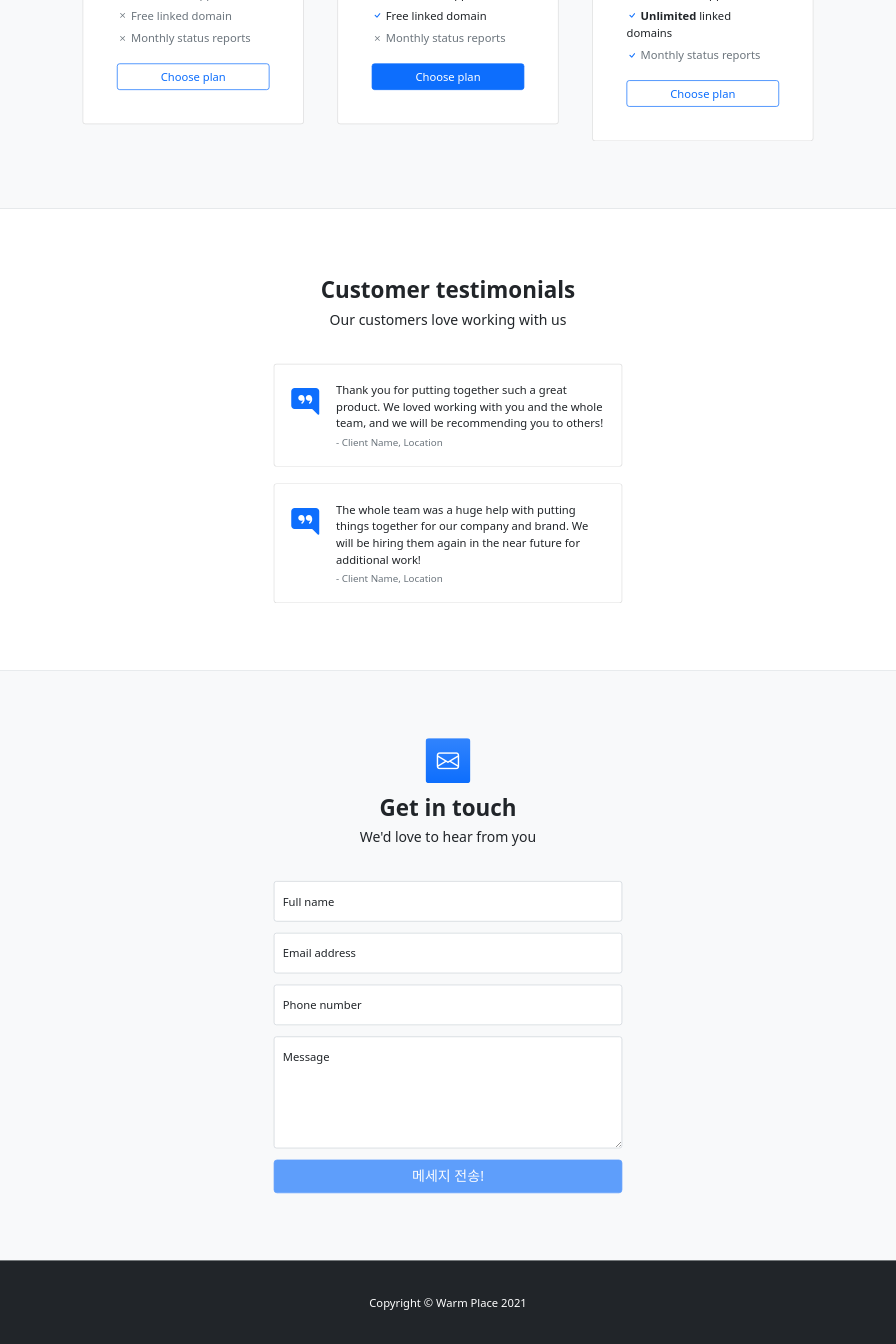
Repository: jaunnnngs/HackaTone
Page: http://localhost/StunProjects/St_Join/main.jsp
An editor plug-in stored every save of this project. The page is shown before and after the next save, followed by the edit.
The browser window is 1280 px wide. The pictures show the part of the page from y = 1532 to 3452 px (the page is 3452 px tall), at 70% of full size.
Some web libraries are served in a nearby version. The page is served by Tomcat 9. Other server files are loaded and not shown.

Above is the page before, as saved 2021-07-26 08:30:34.

### STUN_TEAM/StunProjects/src/main/webapp/St_Join/main.jsp

<%@ page language="java" contentType="text/html; charset=UTF-8"
pageEncoding="UTF-8"%>
<!DOCTYPE html>
<html>
    <head>
        <meta charset="utf-8" />
        <meta name="viewport" content="width=device-width, initial-scale=1, shrink-to-fit=no" />
        <meta name="description" content="" />
        <meta name="author" content="" />
        <title>Warm Place_main</title>
        <!-- Favicon-->
        <link rel="icon" type="image/x-icon" href="assets/favicon.ico" />
        <!-- Bootstrap icons-->
        <link href="https://cdn.jsdelivr.net/npm/bootstrap-icons@1.4.1/font/bootstrap-icons.css" rel="stylesheet" />
        <!-- Core theme CSS (includes Bootstrap)-->
        <link href="css/styles.css" rel="stylesheet" />
    </head>
    <body>
   <%
	// 현재 세션 상태를 체크한다
	String userID = null;
	if (session.getAttribute("userID") != null) {
		userID = (String) session.getAttribute("userID");
	}
	%>

        <!-- Responsive navbar-->
        <nav class="navbar navbar-expand-lg navbar-dark bg-dark">
            <div class="container px-5">
                <a class="navbar-brand" href="../St_Join/main.jsp">Warm Place</a>
                <button class="navbar-toggler" type="button" data-bs-toggle="collapse" data-bs-target="#navbarSupportedContent" aria-controls="navbarSupportedContent" aria-expanded="false" aria-label="Toggle navigation"><span class="navbar-toggler-icon"></span></button>
                 <div class="collapse navbar-collapse" id="navbarSupportedContent">
                 <%
					// 로그인 하지 않았을 때 보여지는 화면
					if(userID == null){
				%>
                    <ul class="navbar-nav ms-auto mb-2 mb-lg-0">
                        <li class="nav-item"><a class="nav-link active" aria-current="page" href="../St_board/login.jsp">로그인</a></li>
                        <li class="nav-item"><a class="nav-link" href="../St_Join/st_userJoin.jsp">회원가입</a></li>
                        <li class="nav-item"><a class="nav-link" href="../St_Reservation/map.jsp">예약하기</a></li>
                        <li class="nav-item"><a class="nav-link" href="../St_board/bbs.jsp">맛집후기</a></li>
                        <li class="nav-item"><a class="nav-link" href="#!">Contact</a></li>
                    </ul>
				<%
				// 로그인이 되어 있는 상태에서 보여주는 화면
					}else{
				%>
                    <ul class="navbar-nav ms-auto mb-2 mb-lg-0">
                        <li class="nav-item"><a class="nav-link active" aria-current="page" href="../St_board/logoutAction.jsp">로그아웃</a></li>
                        <li class="nav-item"><a class="nav-link" href="../St_Join/st_userJoin.jsp">회원가입</a></li>
                        <li class="nav-item"><a class="nav-link" href="../St_Reservation/map.jsp">예약하기</a></li>
                        <li class="nav-item"><a class="nav-link" href="../St_board/bbs.jsp">맛집후기</a></li>
                        <li class="nav-item"><a class="nav-link" href="#!">Contact</a></li>
                    </ul>
                    <%
				}
			%>
                </div>
            </div>
        </nav>

	    <!-- Header-->
        <header class="bg-dark py-5">
            <div class="container px-5">
                <div class="row gx-5 justify-content-center">
                    <div class="col-lg-6">
                        <div class="text-center my-5">
                            <h1 class="display-5 fw-bolder text-white mb-2">가고싶은 장소를 미리 보고싶었던 적 있지않나요??</h1>
                            <p class="lead text-white-50 mb-4">코로나 시대에도 안전하게 놀러갑시다!!</p>
                            <div class="d-grid gap-3 d-sm-flex justify-content-sm-center">
                                <a class="btn btn-outline-light btn-lg px-4" href="#features">실시간 확인</a>
                                <a class="btn btn-outline-light btn-lg px-4" href="../St_Reservation/map.jsp">예약하기</a>
                            </div>
                        </div>
                    </div>
                </div>
            </div>
        </header>
        <!-- Features section-->
        <section class="py-5 border-bottom" id="features">
            <div class="container px-5 my-5">
                <div class="row gx-5">
                    <div class="col-lg-4 mb-5 mb-lg-0">
                        <div class="feature bg-primary bg-gradient text-white rounded-3 mb-3"><i class="bi bi-collection"></i></div>
                        <h2 class="h4 fw-bolder">실시간 장소확인</h2>
                        <p>장소를 입력해주세요.</p>
                        <a class="text-decoration-none" href="#!">
                            Call to action
                            <i class="bi bi-arrow-right"></i>
                        </a>
                    </div>
                    <div class="col-lg-4 mb-5 mb-lg-0">
                        <div class="feature bg-primary bg-gradient text-white rounded-3 mb-3"><i class="bi bi-building"></i></div>
                        <h2 class="h4 fw-bolder">Featured title</h2>
                        <p>Paragraph of text beneath the heading to explain the heading. We'll add onto it with another sentence and probably just keep going until we run out of words.</p>
                        <a class="text-decoration-none" href="#!">
                            Call to action
                            <i class="bi bi-arrow-right"></i>
                        </a>
                    </div>
                    <div class="col-lg-4">
                        <div class="feature bg-primary bg-gradient text-white rounded-3 mb-3"><i class="bi bi-toggles2"></i></div>
                        <h2 class="h4 fw-bolder">Featured title</h2>
                        <p>Paragraph of text beneath the heading to explain the heading. We'll add onto it with another sentence and probably just keep going until we run out of words.</p>
                        <a class="text-decoration-none" href="#!">
                            Call to action
                            <i class="bi bi-arrow-right"></i>
                        </a>
                    </div>
                </div>
            </div>
        </section>
        <!-- Pricing section-->
        <section class="bg-light py-5 border-bottom">
            <div class="container px-5 my-5">
                <div class="text-center mb-5">
                    <h2 class="fw-bolder">Pay as you grow</h2>
                    <p class="lead mb-0">With our no hassle pricing plans</p>
                </div>
                <div class="row gx-5 justify-content-center">
                    <!-- Pricing card free-->
                    <div class="col-lg-6 col-xl-4">
                        <div class="card mb-5 mb-xl-0">
                            <div class="card-body p-5">
                                <div class="small text-uppercase fw-bold text-muted">Free</div>
                                <div class="mb-3">
                                    <span class="display-4 fw-bold">$0</span>
                                    <span class="text-muted">/ mo.</span>
                                </div>
                                <ul class="list-unstyled mb-4">
                                    <li class="mb-2">
                                        <i class="bi bi-check text-primary"></i>
                                        <strong>1 users</strong>
                                    </li>
                                    <li class="mb-2">
                                        <i class="bi bi-check text-primary"></i>
                                        5GB storage
                                    </li>
                                    <li class="mb-2">
                                        <i class="bi bi-check text-primary"></i>
                                        Unlimited public projects
                                    </li>
                                    <li class="mb-2">
                                        <i class="bi bi-check text-primary"></i>
                                        Community access
                                    </li>
                                    <li class="mb-2 text-muted">
                                        <i class="bi bi-x"></i>
                                        Unlimited private projects
                                    </li>
                                    <li class="mb-2 text-muted">
                                        <i class="bi bi-x"></i>
                                        Dedicated support
                                    </li>
                                    <li class="mb-2 text-muted">
                                        <i class="bi bi-x"></i>
                                        Free linked domain
                                    </li>
                                    <li class="text-muted">
                                        <i class="bi bi-x"></i>
                                        Monthly status reports
                                    </li>
                                </ul>
                                <div class="d-grid"><a class="btn btn-outline-primary" href="#!">Choose plan</a></div>
                            </div>
                        </div>
                    </div>
                    <!-- Pricing card pro-->
                    <div class="col-lg-6 col-xl-4">
                        <div class="card mb-5 mb-xl-0">
                            <div class="card-body p-5">
                                <div class="small text-uppercase fw-bold">
                                    <i class="bi bi-star-fill text-warning"></i>
                                    Pro
                                </div>
                                <div class="mb-3">
                                    <span class="display-4 fw-bold">$9</span>
                                    <span class="text-muted">/ mo.</span>
                                </div>
                                <ul class="list-unstyled mb-4">
                                    <li class="mb-2">
                                        <i class="bi bi-check text-primary"></i>
                                        <strong>5 users</strong>
                                    </li>
                                    <li class="mb-2">
                                        <i class="bi bi-check text-primary"></i>
                                        5GB storage
                                    </li>
                                    <li class="mb-2">
                                        <i class="bi bi-check text-primary"></i>
                                        Unlimited public projects
                                    </li>
                                    <li class="mb-2">
                                        <i class="bi bi-check text-primary"></i>
                                        Community access
                                    </li>
                                    <li class="mb-2">
                                        <i class="bi bi-check text-primary"></i>
                                        Unlimited private projects
                                    </li>
                                    <li class="mb-2">
                                        <i class="bi bi-check text-primary"></i>
                                        Dedicated support
                                    </li>
                                    <li class="mb-2">
                                        <i class="bi bi-check text-primary"></i>
                                        Free linked domain
                                    </li>
                                    <li class="text-muted">
                                        <i class="bi bi-x"></i>
                                        Monthly status reports
                                    </li>
                                </ul>
                                <div class="d-grid"><a class="btn btn-primary" href="#!">Choose plan</a></div>
                            </div>
                        </div>
                    </div>
                    <!-- Pricing card enterprise-->
                    <div class="col-lg-6 col-xl-4">
                        <div class="card">
                            <div class="card-body p-5">
                                <div class="small text-uppercase fw-bold text-muted">Enterprise</div>
                                <div class="mb-3">
                                    <span class="display-4 fw-bold">$49</span>
                                    <span class="text-muted">/ mo.</span>
                                </div>
                                <ul class="list-unstyled mb-4">
                                    <li class="mb-2">
                                        <i class="bi bi-check text-primary"></i>
                                        <strong>Unlimited users</strong>
                                    </li>
                                    <li class="mb-2">
                                        <i class="bi bi-check text-primary"></i>
                                        5GB storage
                                    </li>
                                    <li class="mb-2">
                                        <i class="bi bi-check text-primary"></i>
                                        Unlimited public projects
                                    </li>
                                    <li class="mb-2">
                                        <i class="bi bi-check text-primary"></i>
                                        Community access
                                    </li>
                                    <li class="mb-2">
                                        <i class="bi bi-check text-primary"></i>
                                        Unlimited private projects
                                    </li>
                                    <li class="mb-2">
                                        <i class="bi bi-check text-primary"></i>
                                        Dedicated support
                                    </li>
                                    <li class="mb-2">
                                        <i class="bi bi-check text-primary"></i>
                                        <strong>Unlimited</strong>
                                        linked domains
                                    </li>
                                    <li class="text-muted">
                                        <i class="bi bi-check text-primary"></i>
                                        Monthly status reports
                                    </li>
                                </ul>
                                <div class="d-grid"><a class="btn btn-outline-primary" href="#!">Choose plan</a></div>
                            </div>
                        </div>
                    </div>
                </div>
            </div>
        </section>
        <!-- Testimonials section-->
        <section class="py-5 border-bottom">
            <div class="container px-5 my-5 px-5">
                <div class="text-center mb-5">
                    <h2 class="fw-bolder">Customer testimonials</h2>
                    <p class="lead mb-0">Our customers love working with us</p>
                </div>
                <div class="row gx-5 justify-content-center">
                    <div class="col-lg-6">
                        <!-- Testimonial 1-->
                        <div class="card mb-4">
                            <div class="card-body p-4">
                                <div class="d-flex">
                                    <div class="flex-shrink-0"><i class="bi bi-chat-right-quote-fill text-primary fs-1"></i></div>
                                    <div class="ms-4">
                                        <p class="mb-1">Thank you for putting together such a great product. We loved working with you and the whole team, and we will be recommending you to others!</p>
                                        <div class="small text-muted">- Client Name, Location</div>
                                    </div>
                                </div>
                            </div>
                        </div>
                        <!-- Testimonial 2-->
                        <div class="card">
                            <div class="card-body p-4">
                                <div class="d-flex">
                                    <div class="flex-shrink-0"><i class="bi bi-chat-right-quote-fill text-primary fs-1"></i></div>
                                    <div class="ms-4">
                                        <p class="mb-1">The whole team was a huge help with putting things together for our company and brand. We will be hiring them again in the near future for additional work!</p>
                                        <div class="small text-muted">- Client Name, Location</div>
                                    </div>
                                </div>
                            </div>
                        </div>
                    </div>
                </div>
            </div>
        </section>
        <!-- Contact section-->
        <section class="bg-light py-5">
            <div class="container px-5 my-5 px-5">
                <div class="text-center mb-5">
                    <div class="feature bg-primary bg-gradient text-white rounded-3 mb-3"><i class="bi bi-envelope"></i></div>
                    <h2 class="fw-bolder">Get in touch</h2>
                    <p class="lead mb-0">We'd love to hear from you</p>
                </div>
                <div class="row gx-5 justify-content-center">
                    <div class="col-lg-6">
                        <!-- * * * * * * * * * * * * * * *-->
                        <!-- * * SB Forms Contact Form * *-->
                        <!-- * * * * * * * * * * * * * * *-->
                        <!-- This form is pre-integrated with SB Forms.-->
                        <!-- To make this form functional, sign up at-->
                        <!-- https://startbootstrap.com/solution/contact-forms-->
                        <!-- to get an API token!-->
                        <form id="contactForm" data-sb-form-api-token="API_TOKEN">
                            <!-- Name input-->
                            <div class="form-floating mb-3">
                                <input class="form-control" id="name" type="text" placeholder="Enter your name..." data-sb-validations="required" />
                                <label for="name">Full name</label>
                                <div class="invalid-feedback" data-sb-feedback="name:required">A name is required.</div>
                            </div>
                            <!-- Email address input-->
                            <div class="form-floating mb-3">
                                <input class="form-control" id="email" type="email" placeholder="name@example.com" data-sb-validations="required,email" />
                                <label for="email">Email address</label>
                                <div class="invalid-feedback" data-sb-feedback="email:required">An email is required.</div>
                                <div class="invalid-feedback" data-sb-feedback="email:email">Email is not valid.</div>
                            </div>
                            <!-- Phone number input-->
                            <div class="form-floating mb-3">
                                <input class="form-control" id="phone" type="tel" placeholder="(123) 456-7890" data-sb-validations="required" />
                                <label for="phone">Phone number</label>
                                <div class="invalid-feedback" data-sb-feedback="phone:required">A phone number is required.</div>
                            </div>
                            <!-- Message input-->
                            <div class="form-floating mb-3">
                                <textarea class="form-control" id="message" type="text" placeholder="Enter your message here..." style="height: 10rem" data-sb-validations="required"></textarea>
                                <label for="message">Message</label>
                                <div class="invalid-feedback" data-sb-feedback="message:required">A message is required.</div>
                            </div>
                            <!-- Submit success message-->
                            <!---->
                            <!-- This is what your users will see when the form-->
                            <!-- has successfully submitted-->
                            <div class="d-none" id="submitSuccessMessage">
                                <div class="text-center mb-3">
                                    <div class="fw-bolder">Form submission successful!</div>
                                    To activate this form, sign up at
                                    <br />
                                    <a href="https://startbootstrap.com/solution/contact-forms">https://startbootstrap.com/solution/contact-forms</a>
                                </div>
                            </div>
                            <!-- Submit error message-->
                            <!---->
                            <!-- This is what your users will see when there is-->
                            <!-- an error submitting the form-->
                            <div class="d-none" id="submitErrorMessage"><div class="text-center text-danger mb-3">Error sending message!</div></div>
                            <!-- Submit Button-->
                            <div class="d-grid"><button class="btn btn-primary btn-lg disabled" id="submitButton" type="submit">메세지 전송!</button></div>
                        </form>
                    </div>
                </div>
            </div>
        </section>
        <!-- Footer-->
        <footer class="py-5 bg-dark">
            <div class="container px-5"><p class="m-0 text-center text-white">Copyright &copy; Warm Place 2021</p></div>
        </footer>
        <!-- Bootstrap core JS-->
        <script src="https://cdn.jsdelivr.net/npm/bootstrap@5.0.2/dist/js/bootstrap.bundle.min.js"></script>
        <!-- Core theme JS-->
        <script src="js/scripts.js"></script>
        <!-- * * * * * * * * * * * * * * * * * * * * * * * * * * * * * * * * * * * * * * * *-->
        <!-- * *                               SB Forms JS                               * *-->
        <!-- * * Activate your form at https://startbootstrap.com/solution/contact-forms * *-->
        <!-- * * * * * * * * * * * * * * * * * * * * * * * * * * * * * * * * * * * * * * * *-->
        <script src="https://cdn.startbootstrap.com/sb-forms-latest.js"></script>
    </body>
</html>

Loaded but not shown: STUN_TEAM/StunProjects/src/main/webapp/St_Join/css/styles.css (library); STUN_TEAM/StunProjects/src/main/webapp/St_Join/js/scripts.js (7 lines, source omitted)

After the next save:
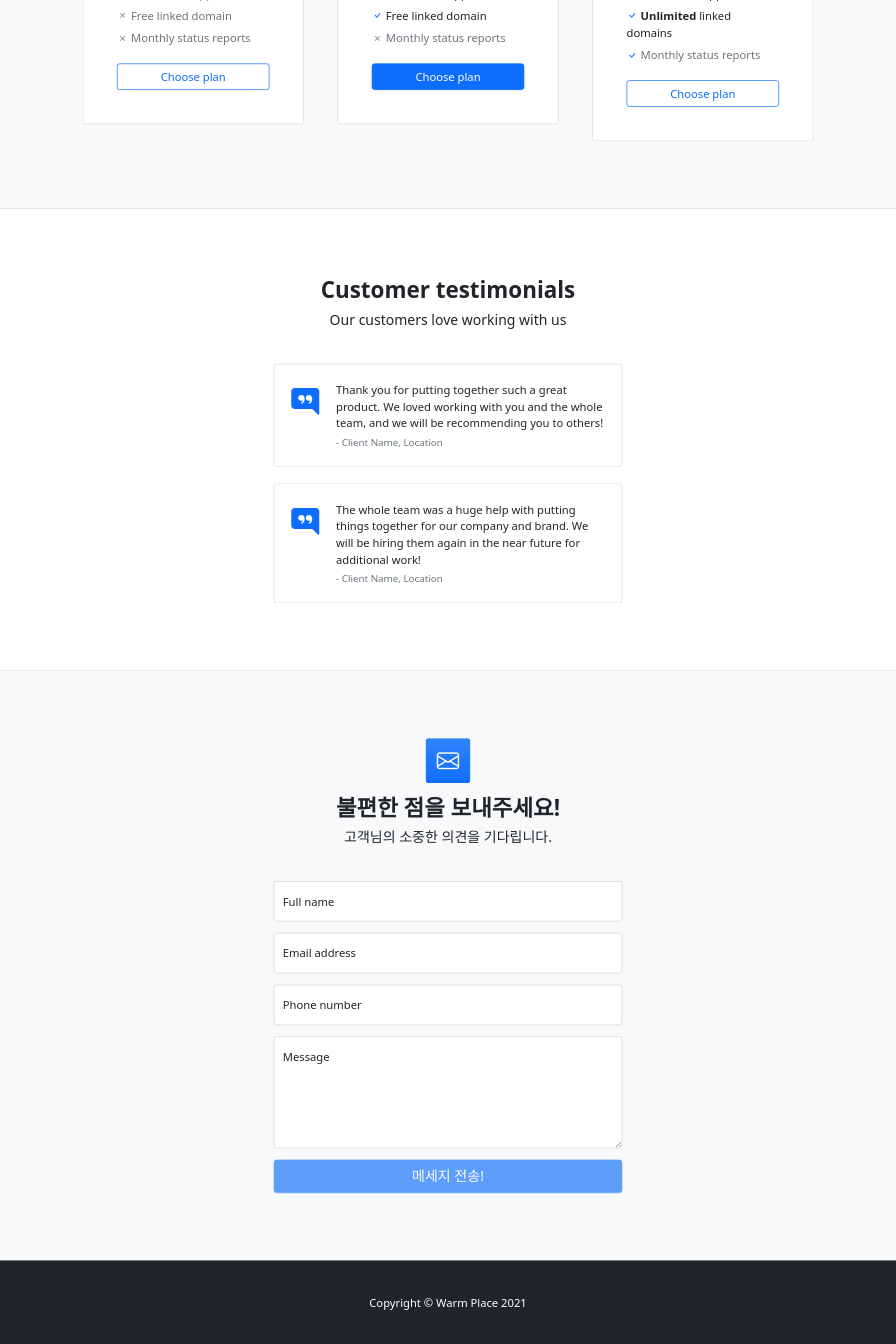
Saved 52 s later.
--- a/STUN_TEAM/StunProjects/src/main/webapp/St_Join/main.jsp
+++ b/STUN_TEAM/StunProjects/src/main/webapp/St_Join/main.jsp
@@ -309,8 +309,8 @@
             <div class="container px-5 my-5 px-5">
                 <div class="text-center mb-5">
                     <div class="feature bg-primary bg-gradient text-white rounded-3 mb-3"><i class="bi bi-envelope"></i></div>
-                    <h2 class="fw-bolder">Get in touch</h2>
-                    <p class="lead mb-0">We'd love to hear from you</p>
+                    <h2 class="fw-bolder">불편한 점을 보내주세요!</h2>
+                    <p class="lead mb-0">고객님의 소중한 의견을 기다립니다.</p>
                 </div>
                 <div class="row gx-5 justify-content-center">
                     <div class="col-lg-6">
